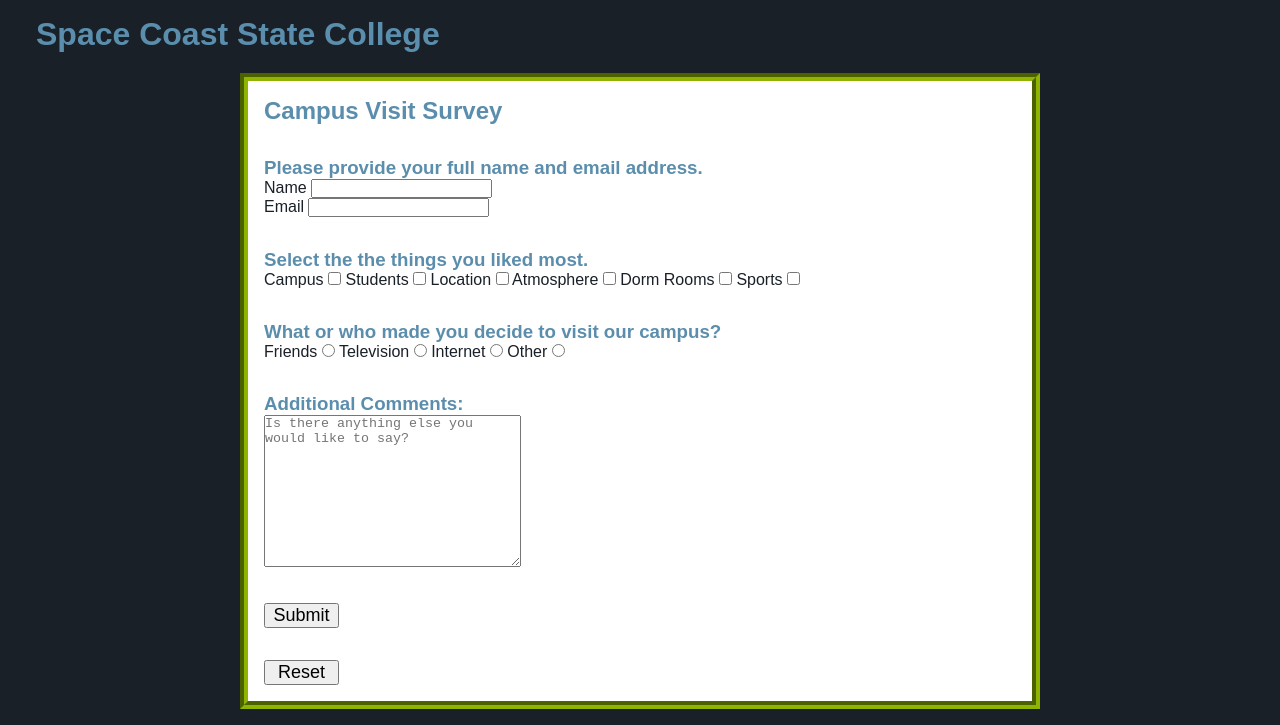
Repository: mlmEFSC21/P2-University-Form
Page: index.html
These files come from the project's save history. The page is drawn as it stood at one moment and after the next save; the edit follows.
The browser window is 1280 px wide. The pictures show the whole page.
Some web fonts or font styles are not loaded; a fallback is used.

Above is the page before, as saved 2022-01-29 19:27:07.

### index.html
<!DOCTYPE html>
<html lang="en">
    <head>
        <meta charset="UTF-8" />
        <meta http-equiv="X-UA-Compatible" content="IE=edge" />
        <meta name="viewport" content="width=device-width, initial-scale=1.0" />
        <title>University Form</title>
        <link rel="stylesheet" href="uniFormStyles.css" />
    </head>
    <body>
        <header>
            <h1>Space Coast State College</h1>
        </header>
        <main>
          <section class="flex">
            <h2>Campus Visit Survey</h2>
            <article class="info">
              <h3>Please provide your full name and email address.</h3>
            <!-- REMEMBER TO CHANGE THIS TO A POST TO DEITEL!!!!!!!!!!-->
            <form action="results.html" method="GET">
                <div>
                    <label for="name">Name</label>
                    <input type="text" id="name" name="name" required />
                </div>
                <div>
                    <label for="email">Email</label>
                    <input type="email" id="email" name="email" required />
                </div>
                </article>
                <article class="favFeatures">
                    <h3>Select the the things you liked most.</h3>
                    <label for="campus">Campus</label>
                    <input type="checkbox" id="campus" name="campus" />
                    <label for="students">Students</label>
                    <input type="checkbox" id="students" name="students" />
                    <label for="location">Location</label>
                    <input type="checkbox" id="location" name="location" />
                    <label for="atmosphere">Atmosphere</label>
                    <input type="checkbox" id="atmosphere" name="atmosphere" />
                    <label for="dorms">Dorm Rooms</label>
                    <input type="checkbox" id="dorms" name="dorms" />
                    <label for="sports">Sports</label>
                    <input type="checkbox" id="sports" name="sports" />
                </article>
                <article class="">
                    <h3>What or who made you decide to visit our campus?</h3>
                    <label for="friends">Friends</label>
                    <input type="radio" id="friends" name="referred" required />
                    <label for="television">Television</label>
                    <input type="radio" id="television" name="referred" />
                    <label for="internet">Internet</label>
                    <input type="radio" id="internet" name="referred" />
                    <label for="other">Other</label>
                    <input type="radio" id="other" name="referred" />
                </article>
                <article>
                    <h3>Additional Comments:</h3>
                    <textarea name="comments" placeholder="Is there anything else you would like to say?" rows="10" cols="30"></textarea>
                </article>
                <button type="submit" class="submit">Submit</button>
                <button type="reset" class="reset">Reset</button>
            </form>
            </section>
        </main>
    </body>
</html>

### uniFormStyles.css
@import url("https://fonts.googleapis.com/css2?family=Spectral:wght@300&display=swap");

:root {
    --clr-prime: #003c5e;
    --clr-second: #1a2028;
    --clr-accent: #8fb500;
    --clr-font-prime: #5b8ead;
    --clr-font-second: black;
}

*,
*::before,
*::after {
    margin: 0;
    padding: 0;
    box-sizing: border-box;
}
body {
    margin: 0 1.25em;
    padding: 1em;
    background-color: var(--clr-second);
    font-family: "Spectral", sans-serif;
    color: var(--clr-font-prime);
}
header {
    color: var(--clr-font-prime);
    margin-bottom: 1.25em;
}
.flex {
    display: flex;
    flex-direction: column;
    max-width: 800px;
    border: 8px groove var(--clr-accent);
    background-color: white;
    gap: 2rem;
    margin: auto;
    padding: 1rem;
}
label {
    color: var(--clr-second);
}
button {
    width: 75px;
    font-size: large;
    cursor: pointer;
}

After the next save:
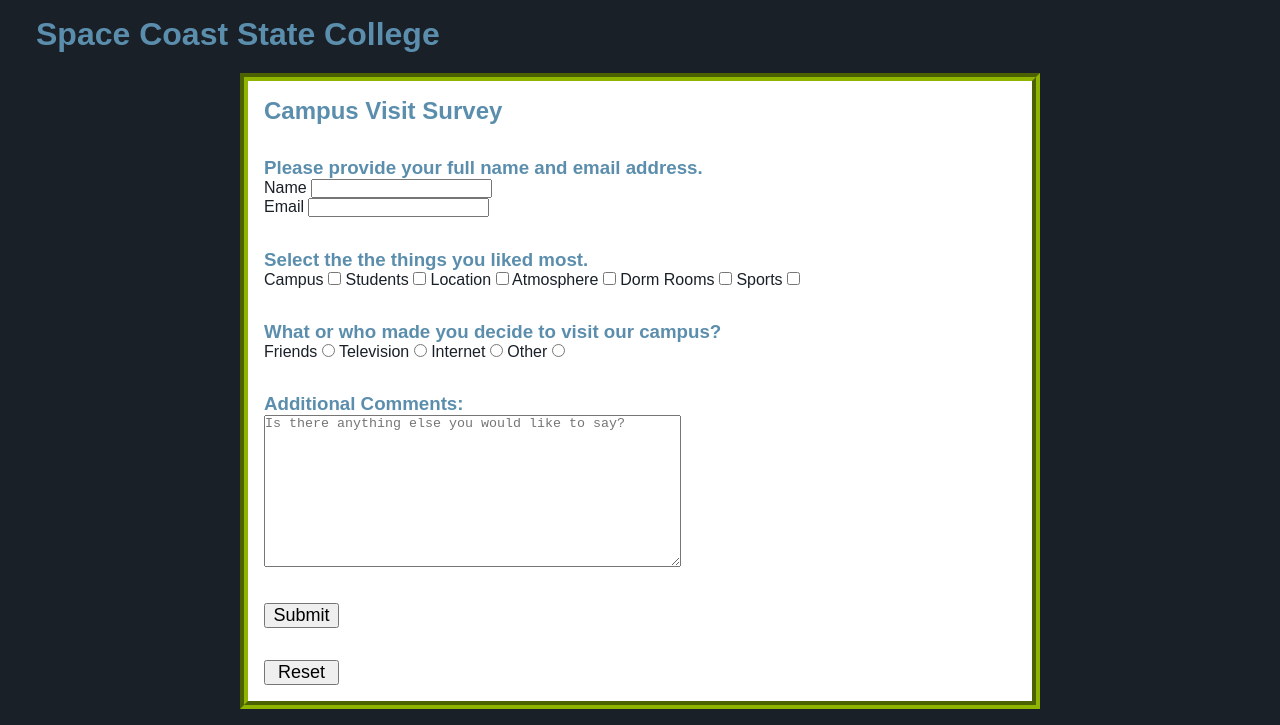
Saved 10 s later.
--- a/index.html
+++ b/index.html
@@ -55,7 +55,7 @@
                 </article>
                 <article>
                     <h3>Additional Comments:</h3>
-                    <textarea name="comments" placeholder="Is there anything else you would like to say?" rows="10" cols="30"></textarea>
+                    <textarea name="comments" placeholder="Is there anything else you would like to say?" rows="10" cols="50"></textarea>
                 </article>
                 <button type="submit" class="submit">Submit</button>
                 <button type="reset" class="reset">Reset</button>
